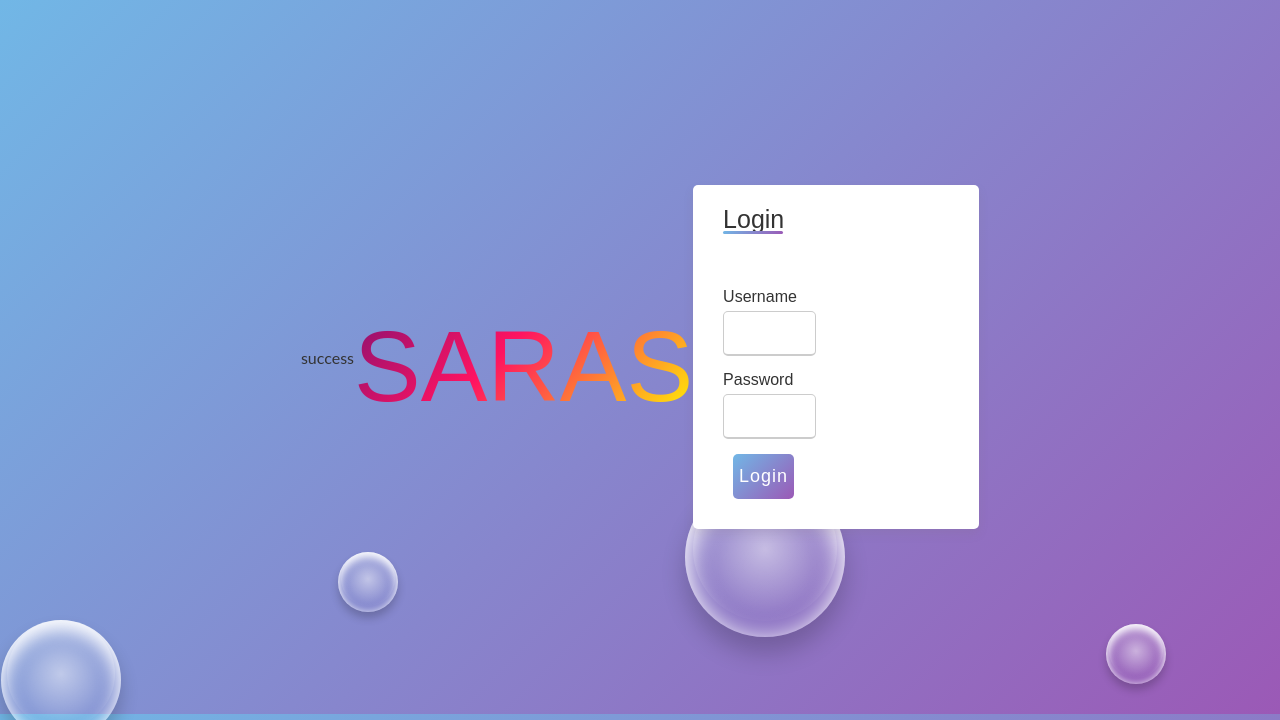
Repository: Muskan-Varma/InnoHeart
Page: http://localhost/pages/login.php
The author's editor kept a copy of each file at every save. The page is drawn from the files as they stood at one save, then again after the next save.
The browser window is 1280 px wide. The pictures show the whole page.
The page is run by PHP 8.4 with error messages shown; the project is at /var/www/html/.

Above is the page before, as saved 2024-09-21 16:05:01.

### pages/login.php
<!DOCTYPE html>
<html lang="en" dir="ltr">
<head>
    <meta charset="UTF-8">
    <title>Saras Login</title>
    <link rel="stylesheet" href="../css/LR.css">
    <meta name="viewport" content="width=device-width, initial-scale=1.0">
</head>
<body>
<?php
session_start();
include "dbConnect.php";

if ($_SERVER["REQUEST_METHOD"] == "POST") {
    function validate($data) {
        $data = trim($data);
        $data = stripslashes($data);
        $data = htmlspecialchars($data);
        return $data;
    }
    $uname = validate($_POST['username']);
    $pass = validate($_POST['pass']);

    if (empty($uname)) {
        header("Location: login.php?error=User Name is required");
        exit();
    }
    else if (empty($pass)) {
        header("Location: login.php?error=Password is required");
        exit();
    }
    else {
        $sql = "SELECT * FROM users WHERE username='$uname'";
        $result = mysqli_query($conn, $sql);

        if (mysqli_num_rows($result) === 1) {
            $row = mysqli_fetch_assoc($result);
            if ($row && password_verify($pass, $row['pass'])) {
                $_SESSION['username'] = $row['username'];
                $_SESSION['firstName'] = $row['firstName'];
                $_SESSION['lastName'] = $row['lastName'];

                // Prepare variables for logging
                $session_id = session_id();
                $username = $_SESSION['username'];
                $action = 'login';

                // Log login event
                $stmt = $conn->prepare("INSERT INTO session_logs (session_id, username, action) VALUES (?, ?, ?)");
                $stmt->bind_param("sss", $session_id, $username, $action);
                $stmt->execute();
                $stmt->close();

                header("Location: main.php");
                exit();
            } else {
                header("Location: login.php?error=Incorrect User name or password");
                exit();
            }
        } else {
            header("Location: login.php?error=Incorrect User name or password");
            exit();
        }
    }
}
?>
    <center>
        <div class="container1">
            <div class="row">
                <br><br><br>
                <label class="animate-charcter">SARAS</label>
            </div>
        </div>
        <br><br>
    </center>
    <section>
        <div id="background-wrap">
            <div class="bubble x1"></div>
            <div class="bubble x2"></div>
            <div class="bubble x3"></div>
            <div class="bubble x4"></div>
            <div class="bubble x5"></div>
            <div class="bubble x6"></div>
            <div class="bubble x7"></div>
            <div class="bubble x8"></div>
            <div class="bubble x9"></div>
            <div class="bubble x10"></div>
        </div>
    </section>
    <form method="post" action="login.php">
        <div class="container">
            <div class="title">Login</div><br>
            <div class="content">
                <br><br>
                <?php if (isset($_GET['error'])) { ?>
                    <p class="error">
                        <?php echo $_GET['error']; ?>
                    </p>
                <?php } ?>
                <div class="user-details">
                    <div class="input-box">
                        <span class="details">Username </span>
                        <input type="text" name="username" required>
                    </div>
                    <div class="input-box">
                        <span class="details">Password </span>
                        <input type="password" name="pass" required>
                    </div>
                </div>
                <div class="button">
                    <input type="submit" name="submit" value="Login">
                </div>
            </div>
        </div>
    </form>
</body>
</html>

### pages/dbConnect.php
<?php

    $servername = "localhost";
    $username = "root";
    $password = "";

    $database = "saras";

     // Create a connection
     $conn = mysqli_connect($servername,
         $username, $password, $database);

    if($conn) {
        echo "success";
    }
    else {
        die("Error". mysqli_connect_error());
    }
?>

### css/LR.css
body {
    background:linear-gradient(135deg, #5db5ef, #f0f5c4);
    color: #333;
    height: 100vh;
    font: 100% Lato, Arial, Sans Serif;
    box-sizing: border-box;
}
.animate-charcter
{
    background-image: linear-gradient(-225deg,#231557 0%,#44107a 29%,#ff1361 67%,#fff800 100%);
    background-size: 200% auto;
    color: #fff;
    -webkit-background-clip: text;
    -webkit-text-fill-color: transparent;
    animation: textclip 2s linear infinite;
    font-size: 100px;
}

@keyframes textclip {
  to {
    background-position: 200% center;
  }
}

/*Bubbles */
#background-wrap {
    bottom: 0;
    left: 0;
    position: fixed;
    right: 0;
    top: 0;
    z-index: -1;
}
@-webkit-keyframes animateBubble {
    0% {
        margin-top: 1000px;
    }
    100% {
        margin-top: -100%;
    }
}
@-moz-keyframes animateBubble {
    0% {
        margin-top: 1000px;
    }
    100% {
        margin-top: -100%;
    }
}
@keyframes animateBubble {
    0% {
        margin-top: 1000px;
    }
    100% {
        margin-top: -100%;
    }
}
@-webkit-keyframes sideWays {
    0% {
        margin-left:0px;
    }
    100% {
        margin-left:50px;
    }
}
@-moz-keyframes sideWays {
    0% {
        margin-left:0px;
    }
    100% {
        margin-left:50px;
    }
}
@keyframes sideWays {
    0% {
        margin-left:0px;
    }
    100% {
        margin-left:50px;
    }
}

/* for Bubbles */
.x1 {
    -webkit-animation: animateBubble 25s linear infinite, sideWays 2s ease-in-out infinite alternate;
    -moz-animation: animateBubble 25s linear infinite, sideWays 2s ease-in-out infinite alternate;
    animation: animateBubble 25s linear infinite, sideWays 2s ease-in-out infinite alternate;

    left: -5%;
    top: 5%;

    -webkit-transform: scale(0.6);
    -moz-transform: scale(0.6);
    transform: scale(0.6);
}
.x2 {
    -webkit-animation: animateBubble 20s linear infinite, sideWays 4s ease-in-out infinite alternate;
    -moz-animation: animateBubble 20s linear infinite, sideWays 4s ease-in-out infinite alternate;
    animation: animateBubble 20s linear infinite, sideWays 4s ease-in-out infinite alternate;

    left: 5%;
    top: 80%;

    -webkit-transform: scale(0.4);
    -moz-transform: scale(0.4);
    transform: scale(0.4);
}
.x3 {
    -webkit-animation: animateBubble 28s linear infinite, sideWays 2s ease-in-out infinite alternate;
    -moz-animation: animateBubble 28s linear infinite, sideWays 2s ease-in-out infinite alternate;
    animation: animateBubble 28s linear infinite, sideWays 2s ease-in-out infinite alternate;

    left: 10%;
    top: 40%;

    -webkit-transform: scale(0.7);
    -moz-transform: scale(0.7);
    transform: scale(0.7);
}
.x4 {
    -webkit-animation: animateBubble 22s linear infinite, sideWays 3s ease-in-out infinite alternate;
    -moz-animation: animateBubble 22s linear infinite, sideWays 3s ease-in-out infinite alternate;
    animation: animateBubble 22s linear infinite, sideWays 3s ease-in-out infinite alternate;

    left: 20%;
    top: 0;

    -webkit-transform: scale(0.3);
    -moz-transform: scale(0.3);
    transform: scale(0.3);
}
.x5 {
    -webkit-animation: animateBubble 29s linear infinite, sideWays 4s ease-in-out infinite alternate;
    -moz-animation: animateBubble 29s linear infinite, sideWays 4s ease-in-out infinite alternate;
    animation: animateBubble 29s linear infinite, sideWays 4s ease-in-out infinite alternate;

    left: 30%;
    top: 50%;

    -webkit-transform: scale(0.5);
    -moz-transform: scale(0.5);
    transform: scale(0.5);
}
.x6 {
    -webkit-animation: animateBubble 21s linear infinite, sideWays 2s ease-in-out infinite alternate;
    -moz-animation: animateBubble 21s linear infinite, sideWays 2s ease-in-out infinite alternate;
    animation: animateBubble 21s linear infinite, sideWays 2s ease-in-out infinite alternate;

    left: 50%;
    top: 0;

    -webkit-transform: scale(0.8);
    -moz-transform: scale(0.8);
    transform: scale(0.8);
}
.x7 {
    -webkit-animation: animateBubble 20s linear infinite, sideWays 2s ease-in-out infinite alternate;
    -moz-animation: animateBubble 20s linear infinite, sideWays 2s ease-in-out infinite alternate;
    animation: animateBubble 20s linear infinite, sideWays 2s ease-in-out infinite alternate;

    left: 65%;
    top: 70%;

    -webkit-transform: scale(0.4);
    -moz-transform: scale(0.4);
    transform: scale(0.4);
}

.x8 {
    -webkit-animation: animateBubble 22s linear infinite, sideWays 3s ease-in-out infinite alternate;
    -moz-animation: animateBubble 22s linear infinite, sideWays 3s ease-in-out infinite alternate;
    animation: animateBubble 22s linear infinite, sideWays 3s ease-in-out infinite alternate;

    left: 80%;
    top: 10%;

    -webkit-transform: scale(0.3);
    -moz-transform: scale(0.3);
    transform: scale(0.3);
}

.x9 {
    -webkit-animation: animateBubble 29s linear infinite, sideWays 4s ease-in-out infinite alternate;
    -moz-animation: animateBubble 29s linear infinite, sideWays 4s ease-in-out infinite alternate;
    animation: animateBubble 29s linear infinite, sideWays 4s ease-in-out infinite alternate;

    left: 90%;
    top: 50%;

    -webkit-transform: scale(0.6);
    -moz-transform: scale(0.6);
    transform: scale(0.6);
}

.x10 {
    -webkit-animation: animateBubble 26s linear infinite, sideWays 2s ease-in-out infinite alternate;
    -moz-animation: animateBubble 26s linear infinite, sideWays 2s ease-in-out infinite alternate;
    animation: animateBubble 26s linear infinite, sideWays 2s ease-in-out infinite alternate;

    left: 80%;
    top: 80%;

    -webkit-transform: scale(0.3);
    -moz-transform: scale(0.3);
    transform: scale(0.3);
}
.bubble {
    -webkit-border-radius: 50%;
    -moz-border-radius: 50%;
    border-radius: 50%;

    -webkit-box-shadow: 0 20px 30px rgba(0, 0, 0, 0.2), inset 0px 10px 30px 5px rgba(255, 255, 255, 1);
    -moz-box-shadow: 0 20px 30px rgba(0, 0, 0, 0.2), inset 0px 10px 30px 5px rgba(255, 255, 255, 1);
    box-shadow: 0 20px 30px rgba(0, 0, 0, 0.2), inset 0px 10px 30px 5px rgba(255, 255, 255, 1);

    height: 200px;
    position: absolute;
    width: 200px;
}

.bubble:after {
    background: -moz-radial-gradient(center, ellipse cover,  rgba(255,255,255,0.5) 0%, rgba(255,255,255,0) 70%); /* FF3.6+ */
    background: -webkit-gradient(radial, center center, 0px, center center, 100%, color-stop(0%,rgba(255,255,255,0.5)), color-stop(70%,rgba(255,255,255,0))); /* Chrome,Safari4+ */
    background: -webkit-radial-gradient(center, ellipse cover,  rgba(255,255,255,0.5) 0%,rgba(255,255,255,0) 70%); /* Chrome10+,Safari5.1+ */
    background: -o-radial-gradient(center, ellipse cover,  rgba(255,255,255,0.5) 0%,rgba(255,255,255,0) 70%); /* Opera 12+ */
    background: -ms-radial-gradient(center, ellipse cover,  rgba(255,255,255,0.5) 0%,rgba(255,255,255,0) 70%); /* IE10+ */
    background: radial-gradient(ellipse at center,  rgba(255,255,255,0.5) 0%,rgba(255,255,255,0) 70%); /* W3C */
    filter: progid:DXImageTransform.Microsoft.gradient( startColorstr='#80ffffff', endColorstr='#00ffffff',GradientType=1 ); /* IE6-9 fallback on horizontal gradient */

    -webkit-border-radius: 50%;
    -moz-border-radius: 50%;
    border-radius: 50%;

    -webkit-box-shadow: inset 0 20px 30px rgba(255, 255, 255, 0.3);
    -moz-box-shadow: inset 0 20px 30px rgba(255, 255, 255, 0.3);
    box-shadow: inset 0 20px 30px rgba(255, 255, 255, 0.3);

    content: "";
    height: 180px;
    left: 10px;
    position: absolute;
    width: 180px;
}

/*Login Form*/
@import url('https://fonts.googleapis.com/css2?family=Poppins:wght@200;300;400;500;600;700&display=swap');
*{
  margin: 100;
  padding: 100;
  box-sizing: border-box;
  font-family: 'Poppins',sans-serif;
}
body{
  height: 97vh;
  display: flex;
  justify-content: center;
  align-items: center;
  padding: 10px;
  background: linear-gradient(135deg, #71b7e6, #9b59b6);
}
.container{
  max-width: 700px;
  width: 100%;
  background-color: #fff;
  padding: 20px 30px;
  border-radius: 5px;
  box-shadow: 0 5px 10px rgba(126, 115, 115, 0.15);
}
.container .title{
  font-size: 25px;
  font-weight: 500;
  position: relative;
}
.container .title::before{
  content: "";
  position: absolute;
  left: 0;
  bottom: 0;
  height: 3px;
  width:60px;
  border-radius: 5px;
  background: linear-gradient(135deg, #71b7e6, #9b59b6);
}

/* ... (Previous CSS content) ... */

/* Style the new user-type radio buttons */
.user-type .user-title {
  font-size: 20px;
  font-weight: 500;
}

.user-type .category {
  display: flex;
  width: 80%;
  margin: 14px 0;
  justify-content: space-between;
}

.user-type .category label {
  display: flex;
  align-items: center;
  cursor: pointer;
  margin-right: 10px;
}

.user-type .category label .dot {
  height: 18px;
  width: 18px;
  border-radius: 50%;
  margin-right: 10px;
  background: #d9d9d9;
  border: 5px solid transparent;
  transition: all 0.3s ease;
}

/* Apply the style changes when the radio button is checked */
.user-type input[type="radio"]:checked + .dot {
  background: #9b59b6;
  border-color: #d9d9d9;
}

.user-type input[type="radio"] {
  display: none;
}

/* ... (Remaining CSS content) ... */

.content form .user-details{
  display: flex;
  flex-wrap: wrap;
  justify-content: space-between;
  margin: 20px 0 12px 0;
}

form .user-details .input-box{
  margin-bottom: 15px;
  width: calc(100% / 2 - 20px);
}
form .input-box span.details{
  display: block;
  font-weight: 500;
  margin-bottom: 5px;
}
.user-details .input-box input{
  height: 45px;
  width: 100%;
  outline: none;
  font-size: 16px;
  border-radius: 5px;
  padding-left: 15px;
  border: 1px solid #ccc;
  border-bottom-width: 2px;
  transition: all 0.3s ease;
}
.user-details .input-box input:focus,
.user-details .input-box input:valid{
  border-color: #9b59b6;
}

/*gender */
 form .gender-details .gender-title{
  font-size: 20px;
  font-weight: 500;
 }

 form .category{
   display: flex;
   width: 80%;
   margin: 14px 0 ;
   justify-content: space-between;
 }
 form .category label{
   display: flex;
   align-items: center;
   cursor: pointer;
 }
 form .category label .dot{
  height: 18px;
  width: 18px;
  border-radius: 50%;
  margin-right: 10px;
  background: #d9d9d9;
  border: 5px solid transparent;
  transition: all 0.3s ease;
}
 #dot-1:checked ~ .category label .one,
 #dot-2:checked ~ .category label .two,
 #dot-3:checked ~ .category label .three
 {
   background: #9b59b6;
   border-color: #d9d9d9;
 }
 form input[type="radio"]
 {
   display: none;
 }
 form .button{
   height: 45px;
   width:fit-content ;
   margin: 10px;
 }
 form .button input{
   height: 100%;
   width: 100%;
   border-radius: 5px;
   border: none;
   color: #fff;
   font-size: 18px;
   font-weight: 500;
   letter-spacing: 1px;
   cursor: pointer;
   transition: all 0.3s ease;
   background: linear-gradient(135deg, #71b7e6, #9b59b6);
 }
 form .button input:hover{
  /* transform: scale(0.99); */
  background: linear-gradient(-135deg, #71b7e6, #9b59b6);
  }
 @media(max-width: 584px){
 .container{
  max-width: 100%;
}
form .user-details .input-box{
    margin-bottom: 15px;
    width: 100%;
  }
  form .category{
    width: 100%;
  }
  .content form .user-details{
    max-height: 300px;
    overflow-y: scroll;
  }
  .user-details::-webkit-scrollbar{
    width: 5px;
  }
  }
  @media(max-width: 459px){
  .container .content .category{
    flex-direction: column;
  }
}

After the next save:
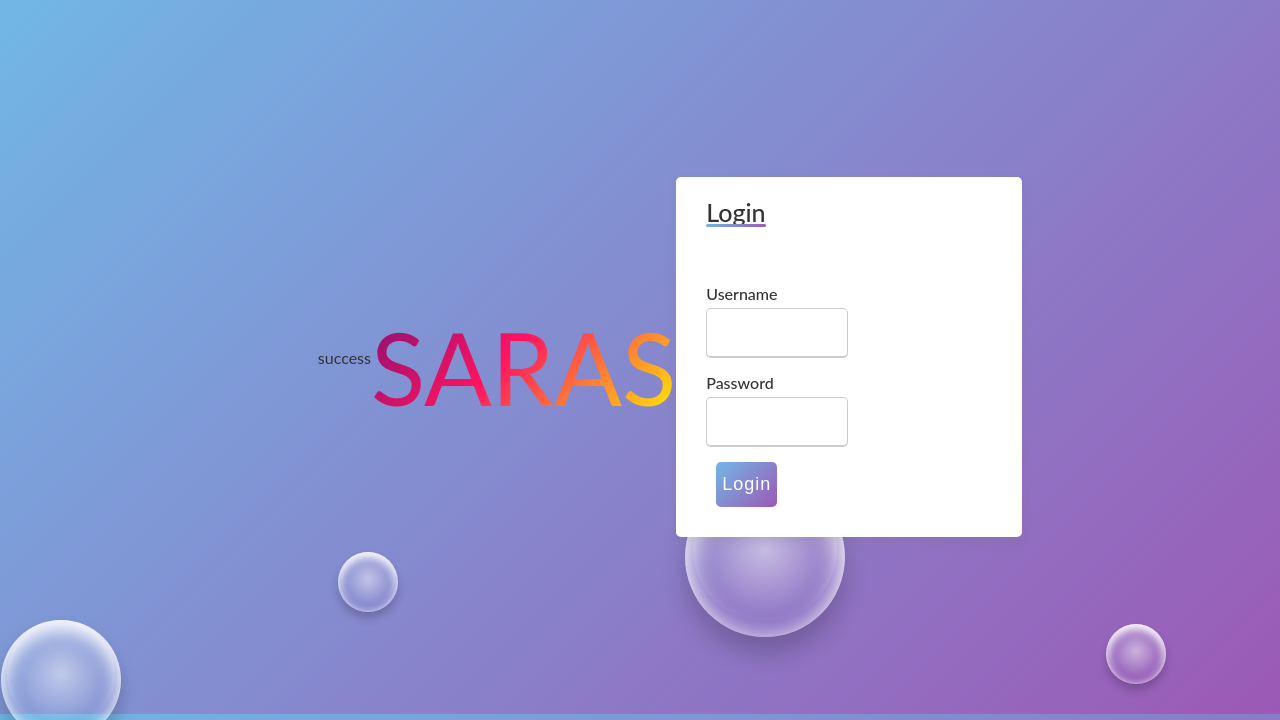
Saved 33 s later.
--- a/css/LR.css
+++ b/css/LR.css
@@ -243,13 +243,7 @@ body {
 }
 
 /*Login Form*/
-@import url('https://fonts.googleapis.com/css2?family=Poppins:wght@200;300;400;500;600;700&display=swap');
-*{
-  margin: 100;
-  padding: 100;
-  box-sizing: border-box;
-  font-family: 'Poppins',sans-serif;
-}
+
 body{
   height: 97vh;
   display: flex;
